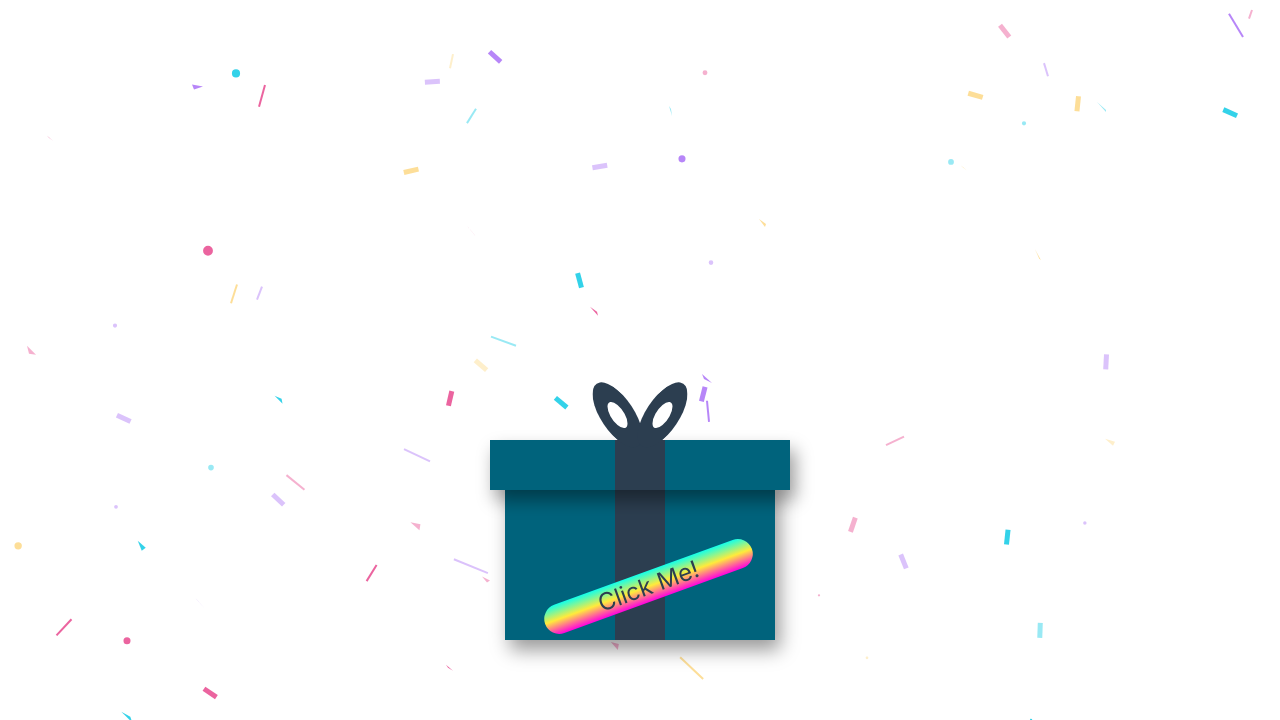
Repository: trongnghia161001/birth_day
Page: index.html
An editor plug-in stored every save of this project. The page is shown before and after the next save, followed by the edit.
The browser window is 1280 px wide. The pictures show the whole page.

Above is the page before, as saved 2022-11-14 22:26:22.

After the next save:
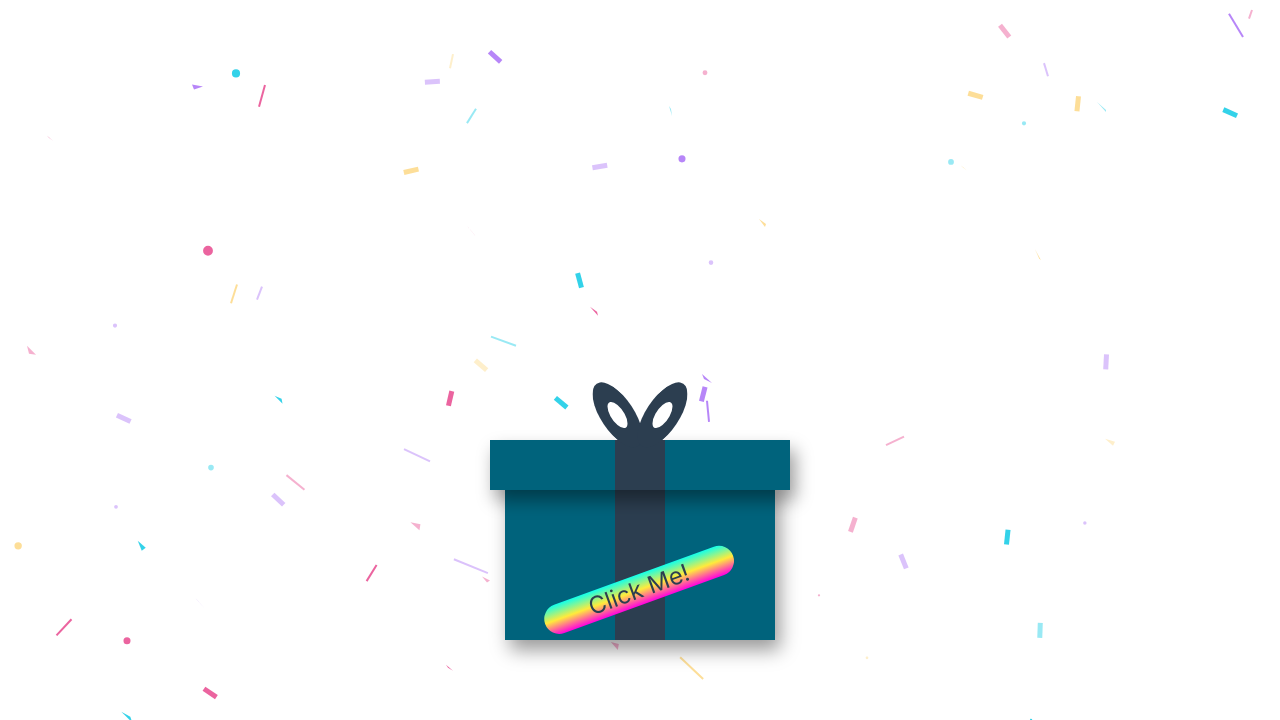
Saved 6 s later.
--- a/styles/style.css
+++ b/styles/style.css
@@ -80,7 +80,7 @@ li span {
   transform-origin: 0 0;
   background: linear-gradient(#14ffe9, #ffeb3b, #ff00e0);
   height: 30px;
-  width: 220px;
+  width: 200px;
   border-radius: 50px;
   cursor: pointer;
 }
